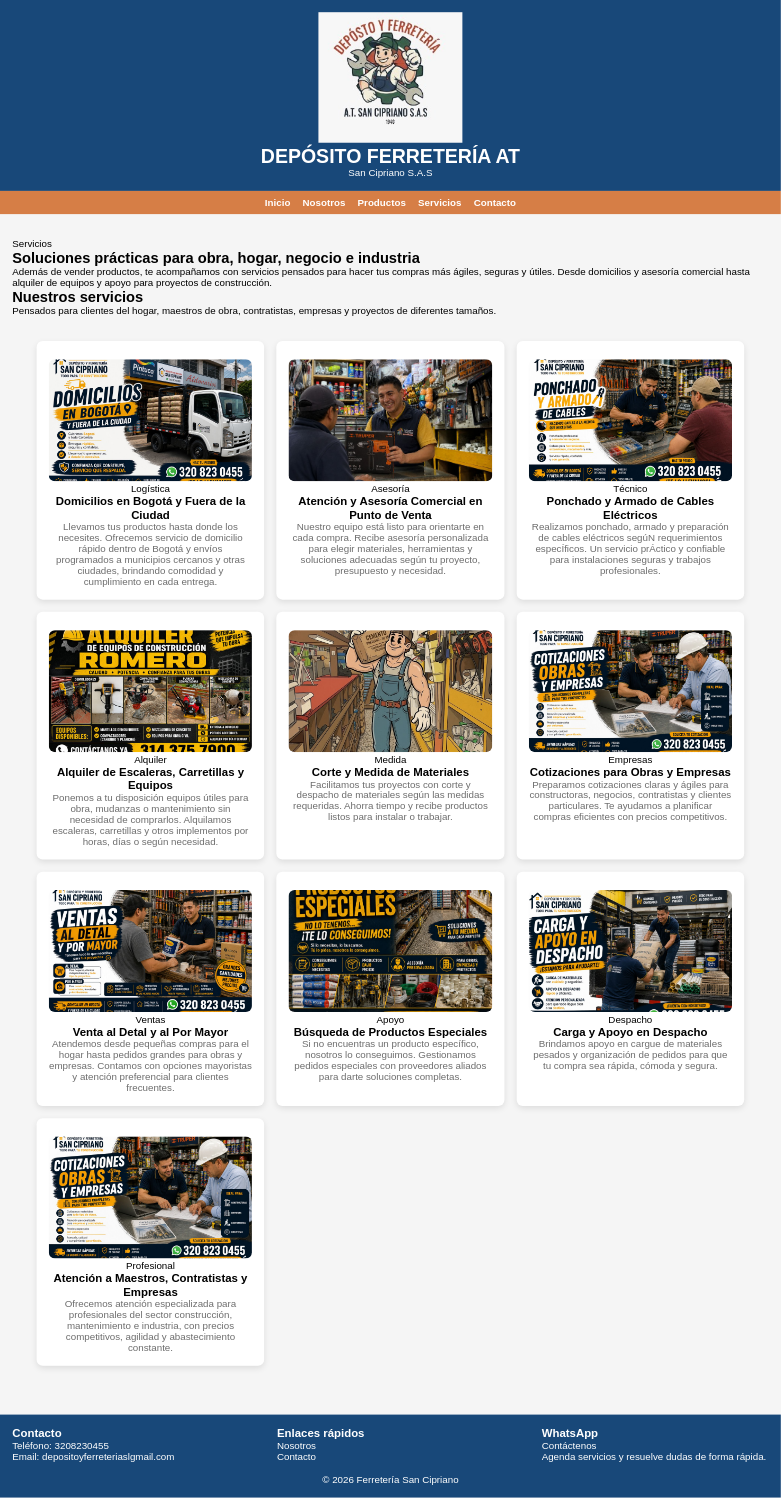
Repository: Sevanjo/ferreteria-web
Page: HTML/servicios.html
The author's editor kept a copy of each file at every save. The page is drawn from the files as they stood at one save, then again after the next save.
The browser window is 1280 px wide. The pictures show the whole page, at 61% of full size.

Above is the page before, as saved 2026-05-03 21:41:40.

After the next save:
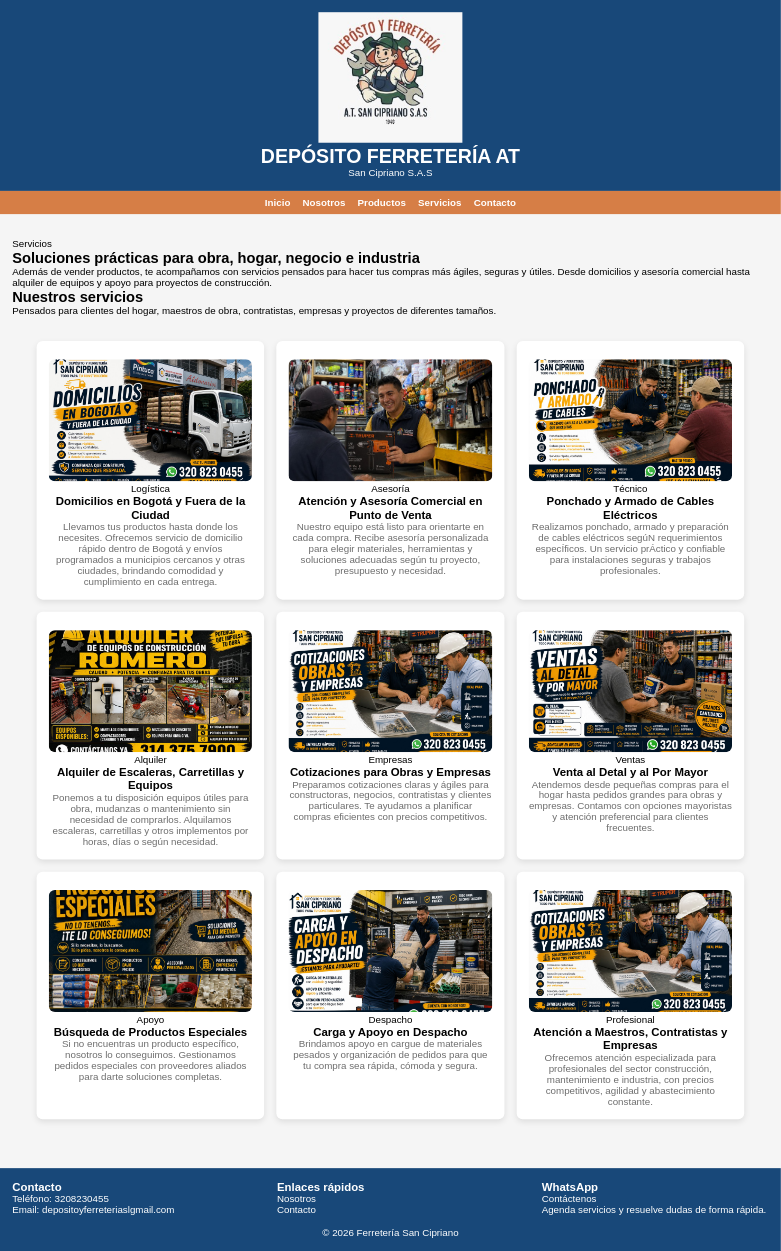
Saved 1 s later.
--- a/HTML/servicios.html
+++ b/HTML/servicios.html
@@ -88,15 +88,6 @@
                 </article>
 
                 <article class="service-card">
-                    <img src="../IMAGENES/Servicios/1c05482b-b0a7-40a3-a0d4-926543433da4.jpg" alt="Corte y medida de materiales">
-                    <div class="service-content">
-                        <span class="service-tag">Medida</span>
-                        <h3>Corte y Medida de Materiales</h3>
-                        <p>Facilitamos tus proyectos con corte y despacho de materiales según las medidas requeridas. Ahorra tiempo y recibe productos listos para instalar o trabajar.</p>
-                    </div>
-                </article>
-
-                <article class="service-card">
                     <img src="../IMAGENES/Servicios/Cotizaciones_para_Obras_Empresas.jpeg" alt="Cotizaciones para obras y empresas">
                     <div class="service-content">
                         <span class="service-tag">Empresas</span>
